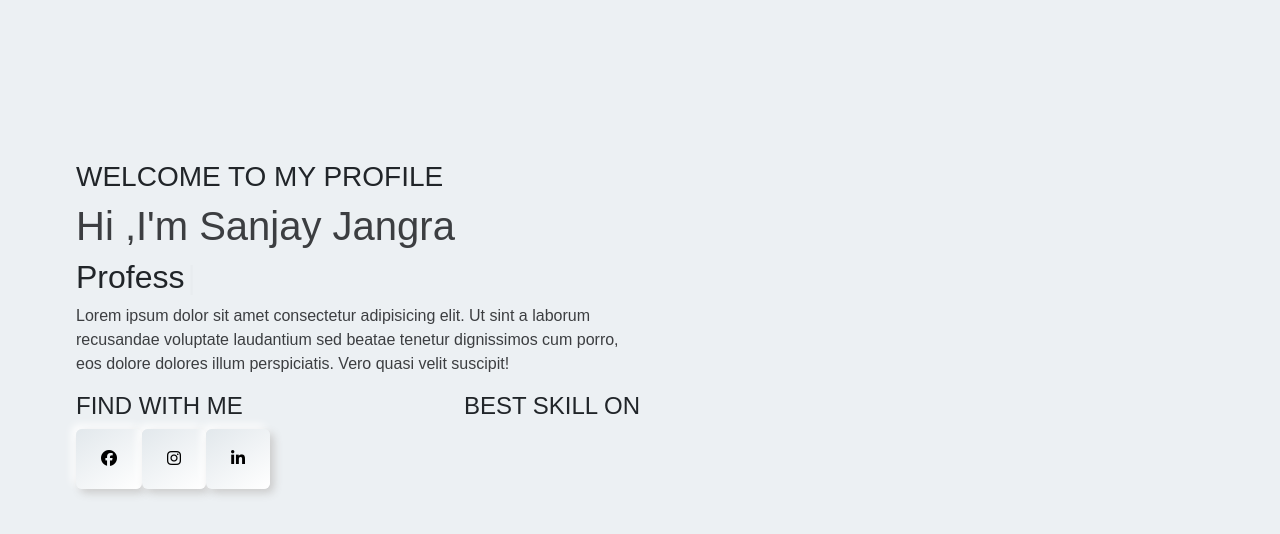
Repository: Sanjayjangra88/PortFolio
Page: /
These files come from the project's save history. The page is drawn as it stood at one moment and after the next save; the edit follows.
The browser window is 1280 px wide. The pictures show the whole page.
Some web libraries are served in a nearby version. The project was rebuilt for these pictures with package versions that can differ from the ones it lists, and the page was loaded fresh each time. Also part of the build but not shown: src/Components/Header/Header.jsx.

Above is the page before, as saved 2022-09-10 18:57:10.

### public/index.html
<!DOCTYPE html>
<html lang="en">
  <head>
    <meta charset="utf-8" />
    <link rel="icon" href="%PUBLIC_URL%/favicon.ico" />
    <meta name="viewport" content="width=device-width, initial-scale=1" />
    <meta name="theme-color" content="#000000" />
    <meta
      name="description"
      content="Web site created using create-react-app"
    />
    <link rel="apple-touch-icon" href="%PUBLIC_URL%/logo192.png" />
    <!--
      manifest.json provides metadata used when your web app is installed on a
      user's mobile device or desktop. See https://developers.google.com/web/fundamentals/web-app-manifest/
    -->
    <link rel="manifest" href="%PUBLIC_URL%/manifest.json" />
    <link rel="stylesheet" href="https://cdnjs.cloudflare.com/ajax/libs/font-awesome/6.1.1/css/all.min.css" integrity="sha512-KfkfwYDsLkIlwQp6LFnl8zNdLGxu9YAA1QvwINks4PhcElQSvqcyVLLD9aMhXd13uQjoXtEKNosOWaZqXgel0g==" crossorigin="anonymous" referrerpolicy="no-referrer" />

    <!--
      Notice the use of %PUBLIC_URL% in the tags above.
      It will be replaced with the URL of the `public` folder during the build.
      Only files inside the `public` folder can be referenced from the HTML.

      Unlike "/favicon.ico" or "favicon.ico", "%PUBLIC_URL%/favicon.ico" will
      work correctly both with client-side routing and a non-root public URL.
      Learn how to configure a non-root public URL by running `npm run build`.
    -->

    <link rel="manifest" href="%PUBLIC_URL%/manifest.json" />
    <link href="https://cdn.jsdelivr.net/npm/bootstrap@5.0.2/dist/css/bootstrap.min.css" rel="stylesheet" integrity="sha384-EVSTQN3/azprG1Anm3QDgpJLIm9Nao0Yz1ztcQTwFspd3yD65VohhpuuCOmLASjC" crossorigin="anonymous">
    <title>React App</title>
  </head>
  <body>
    <noscript>You need to enable JavaScript to run this app.</noscript>
    <div id="root"></div>
    <script src="https://kit.fontawesome.com/7578c5a215.js" crossorigin="anonymous"></script>
    <!--
      This HTML file is a template.
      If you open it directly in the browser, you will see an empty page.

      You can add webfonts, meta tags, or analytics to this file.
      The build step will place the bundled scripts into the <body> tag.

      To begin the development, run `npm start` or `yarn start`.
      To create a production bundle, use `npm run build` or `yarn build`.
    -->

    <script src="https://cdn.jsdelivr.net/npm/@popperjs/core@2.9.2/dist/umd/popper.min.js" integrity="sha384-IQsoLXl5PILFhosVNubq5LC7Qb9DXgDA9i+tQ8Zj3iwWAwPtgFTxbJ8NT4GN1R8p" crossorigin="anonymous"></script>
<script src="https://cdn.jsdelivr.net/npm/bootstrap@5.0.2/dist/js/bootstrap.min.js" integrity="sha384-cVKIPhGWiC2Al4u+LWgxfKTRIcfu0JTxR+EQDz/bgldoEyl4H0zUF0QKbrJ0EcQF" crossorigin="anonymous"></script>
  </body>
</html>

### src/App.js
import React from 'react'
import Header from './Components/Header/Header';
import "./App.css"
import Home from './Components/Home/Home';
const App = () => {
  return (
    <>
      {/* <Header/> */}
      <Home/>
    </>
  )
}

export default App

### src/App.css
@import url('https://fonts.googleapis.com/css2?family=Dancing+Script&family=EB+Garamond:ital,wght@1,500&family=Roboto+Slab:wght@300&display=swap');
* {
  padding: 0;
  margin: 0;
  box-sizing: border-box;
}
html {
  scroll-behavior: smooth;
}
body {
  font-family: "Poppins", sans-serif;
  background-color: #ecf0f3;
}
.container {
  max-width: 95%;
  margin: auto;
}
.d_flex {
  display: flex;
  justify-content: space-between;
}
.f_flex {
  display: flex;
}
a {
  text-decoration: none;
  color: black;
}
li {
  list-style: none;
}
.uppercase {
  text-transform: uppercase;
}
.capitalize {
  text-transform: capitalize;
}

button {
  border: none;
  outline: none;
  background-color: none;
}

.btn_shadow {
  padding: 18px 25px;
  border-radius: 6px;
  transition: 0.3s all ease;
  cursor: pointer;
  color: #000;
  transition: 0.5s;
}
.btn_shadow {
  background: linear-gradient(145deg, #e2e8ec, #ffffff);
  box-shadow: 4px 4px 8px #cbcbcb, -4px -4px 8px #ffffff;
}
.btn_shadow:hover {
  background: #ff014f;
  color: white;
  transform: translateY(-10px);
}
.box_shodow {
  background: linear-gradient(145deg, #e2e8ec, #ffffff);
  box-shadow: 4px 4px 8px #cbcbcb, -4px -4px 8px #ffffff;
  border-radius: 10px;
}
.row,
.left,
.right {
  width: 50%;
}
.top {
  margin-top: 80px;
}
.mtop {
  margin-top: 40px;
}
.heading {
  margin: 50px 0 50px 0;
}
.heading h4 {
  color: #ff014f;
  letter-spacing: 2px;
  font-weight: 400;
}
.heading h1 {
  font-size: 60px;
  color: #3c3e41;
}
h1 {
  color: #3c3e41;
}
.grid {
  display: grid;
  grid-template-columns: repeat(3, 1fr);
  grid-gap: 35px;
}
p {
  color: #3c3e41;
}
.text-center {
  text-align: center;
}
.primary_color {
  color: #ff014f;
}
textarea,
input {
  width: 100%;
  padding: 20px;
  border-radius: 5px;
  outline: none;
  border: 3px solid #e2e8ec;
  margin-bottom: 20px;
}
/*----------Footer---------*/
footer {
  margin: 20% 0 10% 0;
}
footer p {
  margin-top: 30px;
}
/*----------Footer---------*/
@media (max-width: 768px) {
  .grid {
    grid-template-columns: repeat(2, 1fr);
  }
  .left,
  .right {
    width: 100%;
  }
  }

### src/Components/Home/Home.jsx
import React from 'react'
import { Typewriter,useTypewriter,cursor } from 'react-simple-typewriter'

const Home = () => {
  return (
    <>
      <section className='hero'id='home'>
        <div className="container f_flex top">
            <div className="left top">
                <h3>WELCOME TO MY PROFILE</h3>
                <h1>Hi ,I'm <span>Sanjay Jangra</span></h1>
                <h2>
                    <span>
                    <Typewriter
            words={['Web Developer', 'Professional Coder']}
            loop
            cursor
            cursorStyle='|'
            typeSpeed={70}
            deleteSpeed={50}
            delaySpeed={1000}
            // onLoopDone={handleDone}
            // onType={handleType}
            />
                        </span></h2>
                        <p>
Lorem ipsum dolor sit amet consectetur adipisicing elit. Ut sint a laborum recusandae voluptate laudantium sed beatae tenetur dignissimos cum porro, eos dolore dolores illum perspiciatis. Vero quasi velit suscipit!
                        </p>
                        <div className='hero_btn d_flex'>
                            <div className="col_1">
                                <h4>FIND WITH ME</h4>
                                <div className="button">
                                    <button className='btn_shadow'>
                                        <i className='fab fa-facebook'></i>
                                    </button>
                                    <button className='btn_shadow'>
                                        <i className='fab fa-instagram'></i>
                                    </button>
                                    <button className='btn_shadow'>
                                        <i className='fab fa-linkedin-in'></i>
                                    </button>
                                </div>
                            </div>
                            <div className="col_1">
                                <h4>BEST SKILL ON</h4>
                            </div>
                        </div>
            </div>
        </div>
      </section>
    </>
  )
}

export default Home

### src/Components/Header/header.css

*,
*::after,
*::before{
    box-sizing: border-box;
    padding: 0;
    margin: 0;
}

.html{
    font-size: 62.5%;
}

.navbar input[type="checkbox"],
.navbar .hamburger-lines{
    display: none;
}

.container{
    max-width: 1200px;
    width: 90%;
    margin: auto;
}

.navbar{
    box-shadow: 0px 5px 10px 0px #aaa;
    position: fixed;
    width: 100%;
    background: #FAA7B8;
    color: #000;
    opacity: 0.85;
    z-index: 100;
}

.navbar-container{
    display: flex;
    justify-content: space-between;
    height: 64px;
    align-items: center;
}

.menu-items{
    margin-top: 15px;
    order: 2;
    display: flex;
}
.logo{
    order: 1;
    font-size: 2.3rem;
    margin-bottom: 5px;
}

.menu-items li{
    list-style: none;
    margin-left: 1.5rem;
    font-size: 1.3rem;
}

.navbar a{
    color: #444;
    text-decoration: none;
    font-weight: 500;
    transition: color 0.3s ease-in-out;
}

.navbar a:hover{
    color: #117964;
}
.home-btn:hover {
  background: #ff014f;
  color: white;
}


.home-btn {
  padding: 18px 25px;
  height: 1vh;
  line-height: 1vh;
  font-size: 13px;
  border-radius: 6px;
  transition: 0.3s all ease;
  cursor: pointer;
  height: fit-content;
  color: #ff014f;

}
.home-btn {
  background: linear-gradient(145deg, #e2e8ec, #ffffff);
  box-shadow: 4px 4px 8px #cbcbcb, -4px -4px 8px #ffffff;
}
navbar {
  transition: 0.5s;
  font-size: 13px;
  font-weight: 500;
  letter-spacing: 2px;
}





@media (max-width: 900px){
    .navbar{
        opacity: 0.95;
    }

    .navbar-container input[type="checkbox"],
    .navbar-container .hamburger-lines{
        display: block;
    }

    .navbar-container{
        display: block;
        position: relative;
        height: 64px;
    }

    .navbar-container input[type="checkbox"]{
        position: absolute;
        display: block;
        height: 32px;
        width: 30px;
        top: 20px;
        left: 20px;
        z-index: 5;
        opacity: 0;
        cursor: pointer;
    }

    .navbar-container .hamburger-lines{
        display: block;
        height: 28px;
        width: 35px;
        position: absolute;
        top: 20px;
        left: 20px;
        z-index: 2;
        display: flex;
        flex-direction: column;
        justify-content: space-between;
    }

    .navbar-container .hamburger-lines .line{
        display: block;
        height: 4px;
        width: 100%;
        border-radius: 10px;
        background: #333;
    }

    .navbar-container .hamburger-lines .line1{
        transform-origin: 0% 0%;
        transition: transform 0.3s ease-in-out;
    }

    .navbar-container .hamburger-lines .line2{
        transition: transform 0.2s ease-in-out;
    }

    .navbar-container .hamburger-lines .line3{
        transform-origin: 0% 100%;
        transition: transform 0.3s ease-in-out;
    }

    .navbar .menu-items{
        padding-top: 100px;
        background: #fff;
        height: 100vh;
        max-width: 300px;
        transform: translate(-150%);
        display: flex;
        flex-direction: column;
        margin-left: -40px;
        padding-left: 40px;
        transition: transform 0.5s ease-in-out;
        box-shadow:  5px 0px 10px 0px #aaa;
        overflow: scroll;
    }

    .navbar .menu-items li{
        margin-bottom: 1.8rem;
        font-size: 1.1rem;
        font-weight: 500;
    }

    .logo{
        position: absolute;
        top: 10px;
        right: 15px;
        font-size: 2.5rem;

    }

    .navbar-container input[type="checkbox"]:checked ~ .menu-items{
        transform: translateX(0);
    }

    .navbar-container input[type="checkbox"]:checked ~ .hamburger-lines .line1{
        transform: rotate(45deg);
    }

    .navbar-container input[type="checkbox"]:checked ~ .hamburger-lines .line2{
        transform: scaleY(0);
    }

    .navbar-container input[type="checkbox"]:checked ~ .hamburger-lines .line3{
        transform: rotate(-45deg);
    }
    .home-btn:hover {
      background: #ff014f;
      color: white;

    }


    .home-btn {
      padding: 18px 25px;
      height: 1vh;
      line-height: 1vh;
      font-size: 13px;
      border-radius: 6px;
      transition: 0.3s all ease;
      cursor: pointer;
      height: fit-content;
      color: #ff014f;
      margin-right: 25px;

    }
    .home-btn {
      background: linear-gradient(145deg, #e2e8ec, #ffffff);
      box-shadow: 4px 4px 8px #cbcbcb, -4px -4px 8px #ffffff;
    }

}

@media (max-width: 500px){
    .navbar-container input[type="checkbox"]:checked ~ .logo{
        display: none;
    }
}
.demo{
  height: 300vh;
}

Loaded but not shown: src/index.js (common file); src/index.css (common file); src/reportWebVitals.js (common file)

After the next save:
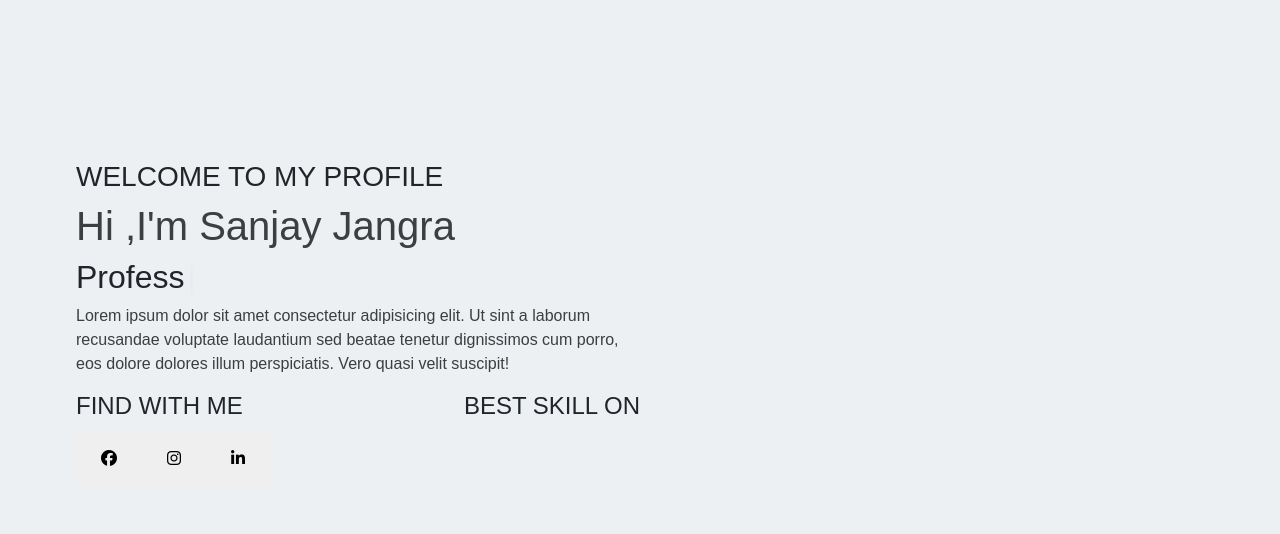
Saved 34 s later.
--- a/src/App.css
+++ b/src/App.css
@@ -50,7 +50,7 @@
   color: #000;
   transition: 0.5s;
 }
-.btn_shadow {
+/* .btn_shadow {
   background: linear-gradient(145deg, #e2e8ec, #ffffff);
   box-shadow: 4px 4px 8px #cbcbcb, -4px -4px 8px #ffffff;
 }
@@ -63,7 +63,7 @@
   background: linear-gradient(145deg, #e2e8ec, #ffffff);
   box-shadow: 4px 4px 8px #cbcbcb, -4px -4px 8px #ffffff;
   border-radius: 10px;
-}
+} */
 .row,
 .left,
 .right {

After the save that followed:
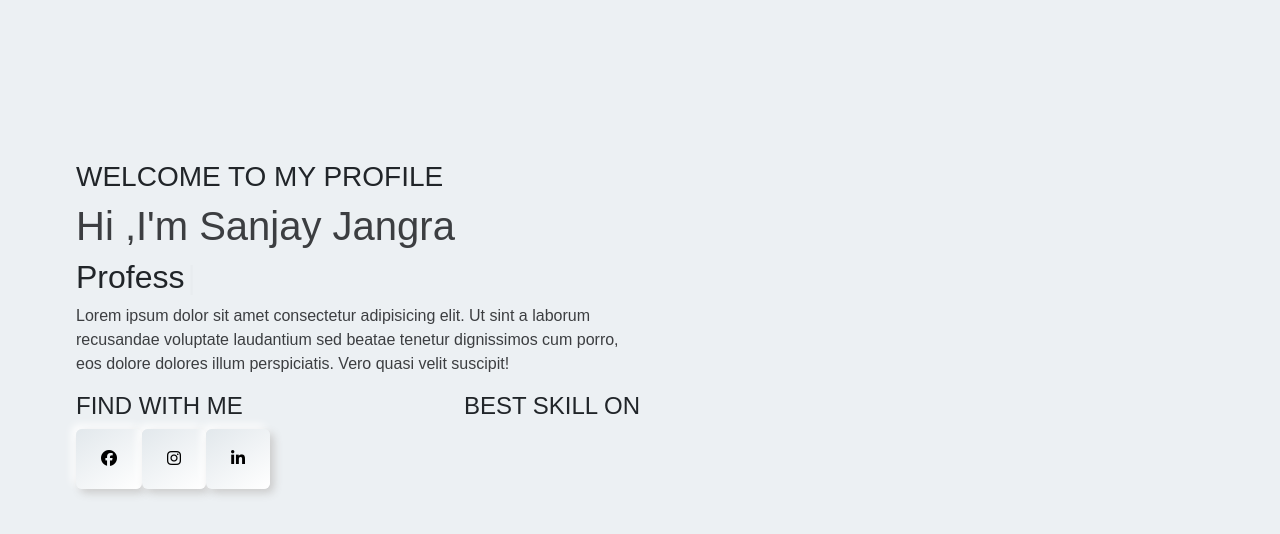
Saved 10 s later.
--- a/src/App.css
+++ b/src/App.css
@@ -50,7 +50,7 @@
   color: #000;
   transition: 0.5s;
 }
-/* .btn_shadow {
+.btn_shadow {
   background: linear-gradient(145deg, #e2e8ec, #ffffff);
   box-shadow: 4px 4px 8px #cbcbcb, -4px -4px 8px #ffffff;
 }
@@ -63,7 +63,7 @@
   background: linear-gradient(145deg, #e2e8ec, #ffffff);
   box-shadow: 4px 4px 8px #cbcbcb, -4px -4px 8px #ffffff;
   border-radius: 10px;
-} */
+}
 .row,
 .left,
 .right {
